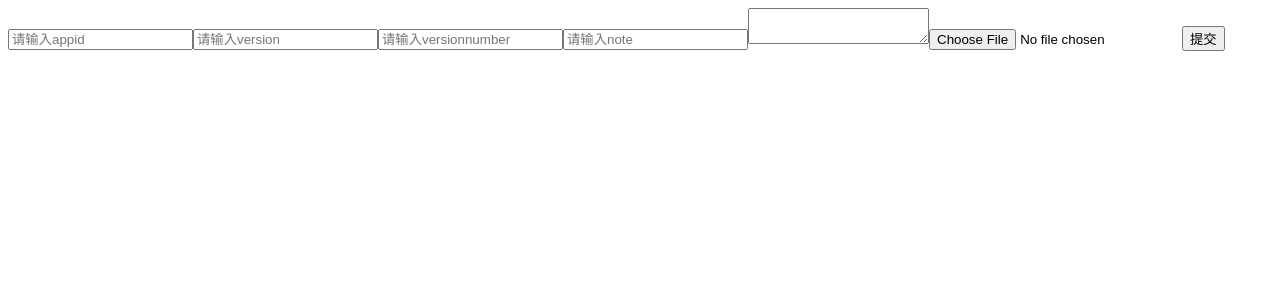
Repository: wfj01/Qmhht
Page: /#/Upload
These files come from the project's save history. The page is drawn as it stood at one moment and after the next save; the edit follows.
The browser window is 1280 px wide. The pictures show the whole page.
The project was rebuilt for these pictures with package versions that can differ from the ones it lists, and the page was loaded fresh each time. Also part of the build but not shown: src/components/HelloWorld.vue, src/view/msite.vue, src/view/index/index.vue, src/view/index/home/home.vue, src/view/login/login.vue, src/components/add/adduser.vue, src/view/table/table.vue.

Above is the page before, as saved 2021-01-16 16:11:32.
Console error: TypeError: Cannot read properties of undefined (reading 'protocol')

### src/main.js
// The Vue build version to load with the `import` command
// (runtime-only or standalone) has been set in webpack.base.conf with an alias.
import Vue from 'vue'
import App from './App'
import router from './router'
import Element  from 'element-ui';
import 'element-ui/lib/theme-chalk/index.css';
import axios from 'axios'
axios.defaults.headers.post['Content-Type'] = 'application/json';
Vue.prototype.$ajax = axios
Vue.use( axios)
Vue.use(Element, { size: 'small', zIndex: 3000 });

Vue.config.productionTip = false

/* eslint-disable no-new */
new Vue({
  el: '#app',
  router,
  components: { App },
  template: '<App/>'
})

### src/router/index.js
import Vue from 'vue'
import Router from 'vue-router'
import HelloWorld from '@/components/HelloWorld'
import MsitePage from '@/view/msite'
import IndexPage from '@/view/index/index'
import HomePage from '@/view/index/home/home'
import LoginPage from '@/view/login/login'
import TablePage from '@/view/table/table'
import UploadFile from  '@/view/uploadfile/index'
//申明使用插件
Vue.use(Router)

export default new Router({
  routes:[
    {
      path:'/index',
      name:"IndexPage",
      component: IndexPage,
      meta: {
        showFooter: true
      }
    },
    {
      path:'/home',
      component:HomePage,
      meta: {
        showFooter: true
      }
    },
    {
      path:'/Login',
      component:LoginPage,
      meta: {
        showFooter: false
      }
    },
    {
      path:'/Table',
      name:"TablePage",
      component:TablePage,
      meta: {
        showFooter: false
      }
    },
    {
      path:'/Upload',
      name:"UploadFile",
      component:UploadFile,
      meta: {
        showFooter: false
      }
    },
    {
      path: '/',
      component:MsitePage,
    }
  ]
})

### src/view/uploadfile/index.vue
<template>
  <!--文件上传表单-->
  <form>
    <input type="text" value="" v-model="appid" placeholder="请输入appid" />
    <input type="text" value="" v-model="version" placeholder="请输入version" />
    <input
      type="text"
      value=""
      v-model="versionnumber"
      placeholder="请输入versionnumber"
    />
    <input type="text" value="" v-model="note" placeholder="请输入note" />
    <textarea @input="changenote"></textarea>
    <input type="file" @change="getFile($event)" />
    <!-- <input type="file" @change="getFile2($event)" /> -->
    <button @click="submit($event)">提交</button>
  </form>
</template>

<script>
import { strRebuild, lastSubstring } from "@/utils/strUtil";
import { message } from "@/utils/message";
import axios from "axios";
export default {
  data() {
    return {
      //文件
      file: "",
      file2: "",
      appid: "",
      version: "",
      versionnumber: "",
      note: "",
    };
  },
  methods: {
    changenote(e){
        console.log("e",e.target.value)
    },
    getFile(event) {
      this.file = event.target.files[0];
      console.log(this.file);
    },
    getFile2(event) {
      this.file2 = event.target.files[0];
      console.log(this.file2);
    },
    submit(event) {
      let formData = new FormData();
      // 向 formData 对象中添加文件
      formData.append("file", this.file);
      this.$ajax({
        method: "post",
        url:
          "http://localhost:33527/MultiFileAppUpload?appid=" +
          this.appid +
          "&version=" +
          this.version +
          "&versionnumber=" +
          this.versionnumber +
          "&note=" +
          this.note,
        data: formData,
      }).then((resp) => {
        if (resp.data.flag != true) {
          // 失败
          this.$message({
            message: "上传药材图片失败",
            type: "warning",
          });
        }
      });
    },
  },
};
</script>

<style scoped>
</style>

### src/utils/strUtil.js
// 字符串相关工具类
// 数组根据分隔符重组为字符串
export function strRebuild(arr, split) {
    if (arr === undefined || arr === null || !(arr instanceof Array) || arr.length === 0) {
    return ''
    }
    if (split === undefined || split === null) {
    split = '，'
    }
    var str = ''
    arr.forEach((v, i) => {
    if (i === arr.length - 1) {
    str = str + v
    } else {
    str = str + v + split
    }
    })
    return str
   }

   // 截取最后一个特定字符后面的字符串
   export function lastSubstring(str, split) {
    if (str === undefined || str === null || split === undefined || split === null) {
    return ''
    }
    return str.substring(str.lastIndexOf(split) + 1)
   }

### src/utils/message.js
import { Message } from 'element-ui'

// 提示封装 type 提示类型， msg 提示信息，duration 持续时间
export function message(type, msg, duration) {
 Message({
 message: msg || 'success',
 type: type || 'success',
 duration: duration || 5 * 1000
 })
}

// 带删除键提示，duration 为 0 时，不会自动消失
// 提示封装 type 提示类型， msg 提示信息，duration 持续时间
export function messageShowClose(type, msg, duration) {
 Message({
 message: msg || 'success',
 type: type || 'success',
 duration: duration || 0,
 showClose: true
 })
}

Loaded but not shown: index.html (common file); src/App.vue (common file)

After the next save:
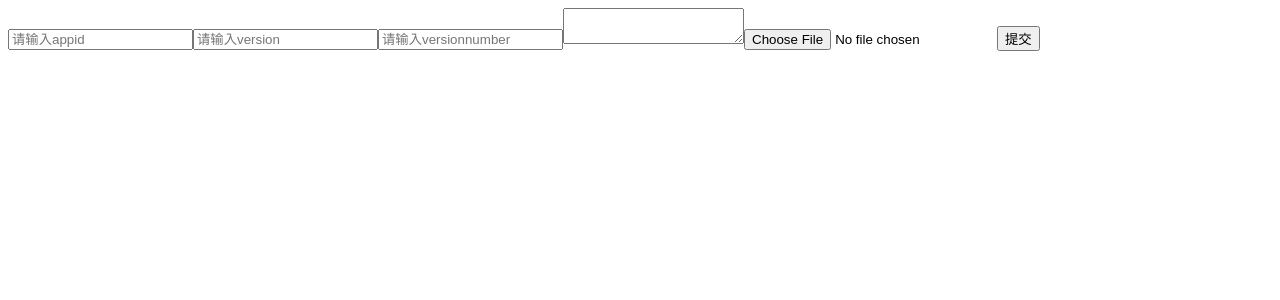
Saved 2 min 22 s later.
--- a/src/view/uploadfile/index.vue
+++ b/src/view/uploadfile/index.vue
@@ -9,7 +9,7 @@
       v-model="versionnumber"
       placeholder="请输入versionnumber"
     />
-    <input type="text" value="" v-model="note" placeholder="请输入note" />
+    <!-- <input type="text" value="" v-model="note" placeholder="请输入note" /> -->
     <textarea @input="changenote"></textarea>
     <input type="file" @change="getFile($event)" />
     <!-- <input type="file" @change="getFile2($event)" /> -->
@@ -35,7 +35,8 @@ export default {
   },
   methods: {
     changenote(e){
-        console.log("e",e.target.value)
+        console.log("e",e.target.value);
+        this.note = e.target.value
     },
     getFile(event) {
       this.file = event.target.files[0];
@@ -56,7 +57,7 @@ export default {
           this.appid +
           "&version=" +
           this.version +
-          "&versionnumber=" +
+          "&versionnum=" +
           this.versionnumber +
           "&note=" +
           this.note,
